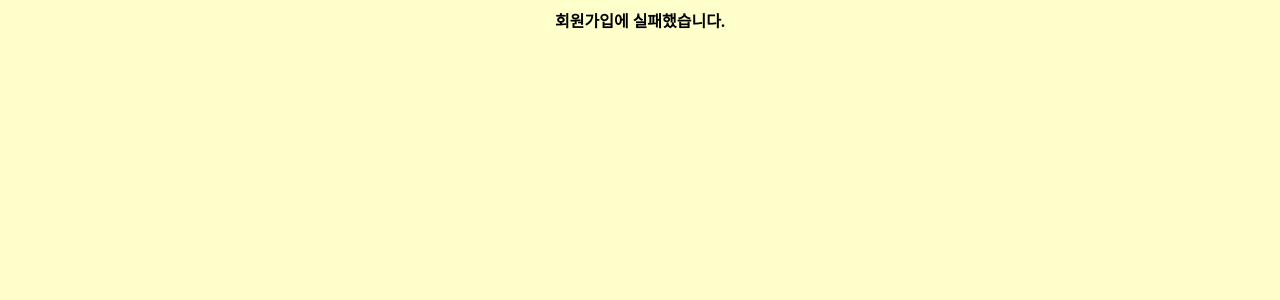
Repository: skeaze7496-max/HomePage
Page: http://localhost/ServletProject/memberone/regProc.jsp
An editor plug-in stored every save of this project. The page is shown before and after the next save, followed by the edit.
The browser window is 1280 px wide. The pictures show the whole page.
The page is served by Tomcat 9. Nobody is signed in. The application's start-up code is not run. Other server files are loaded and not shown.

Above is the page before, as saved 2026-06-04 01:42:31.

### ServletProject/src/main/webapp/memberone/regProc.jsp
<%@ page language="java" contentType="text/html; charset=UTF-8"
    pageEncoding="UTF-8"%>
<% request.setCharacterEncoding("utf-8"); %>

<jsp:useBean id="dao" class="com.memberone.StudentDAO"></jsp:useBean>
<jsp:useBean id="vo" class="com.memberone.StudentVO"></jsp:useBean>
<jsp:setProperty property="*" name="vo"/>
<%
	// memeberInsert() 메소드에서 true가 반환되어 flag에 저장된다.
	boolean flag = dao.memberInsert(vo);
%>

<!DOCTYPE html>
<html>
<head>
<meta charset="UTF-8">
<title>회원가입 확인</title>
<link href="style.css" type="text/css" rel="stylesheet">
</head>
<body bgcolor="#ffffcc">
<div align="center">
<%
	if(flag) {// flag가 true일때 회원가입성공
		out.println("<b>회원가입을 축하드립니다.");
		out.println("<a href='login.jsp'>로그인</a>");
	}else {
		out.println("<b>회원가입에 실패했습니다.");
		out.println("<a href='regForm.jsp'></a>");
	}
%>
</div>

</body>
</html>

### ServletProject/src/main/java/com/memberone/StudentDAO.java
package com.memberone;

import java.io.PrintWriter;
import java.sql.*;
import java.util.Vector;

import javax.sql.*;
import javax.naming.*;

public class StudentDAO {

	// DB 연결을 담당하는 메서드 (JNDI 방식 사용)
	private Connection getConnection() {
		Connection con = null;
		DataSource ds;
		try {
			// Context를 생성하여 서버 자원에 접근
			Context initContext = new InitialContext();
			Context envContext = (Context)initContext.lookup("java:/comp/env");
			// web.xml이나 context.xml에 설정된 데이터 소스 "jdbc/myoracle"을 찾음
			ds = (DataSource)envContext.lookup("jdbc/myoracle");
			con = ds.getConnection();//연결 획득
		} catch (Exception e) {
			System.out.println("Connection 생성 실패");
		}
		return con;
	}

	// 아이디 중복 체크 (DB에 해당 아이디가 있으면 true, 없으면 false 반환)
	public boolean idCheck(String id) {

		boolean result = true;
		Connection con = null;
		PreparedStatement pstmt = null;
		ResultSet rs = null;

		/* Connection con (전화기)
		 * 역할: 자바 프로그램과 데이터베이스 서버를 연결하는 통로입니다.
		 * 비유: 데이터베이스라는 거대한 빌딩에 전화를 거는 전화기입니다.
		 * 이 연결이 되어 있어야만 데이터를 주고받을 수 있습니다.
		 * 특징: 서버와 연결을 맺는 것이므로 가장 중요하고
		 */

		/* PreparedStatement pstmt (말할 내용 / 명령서)
		 * 역할: 우리가 데이터베이스에게 시킬 SQL 명령어를 담는 객체입니다.
		 * 비유: DB에 전달할 '주문서' 또는 '명령서'입니다. 단순히 명령만 담는 게 아니라,
		 * ?를 사용하여 사용자로부터 받은 아이디나 비밀번호 같은 데이터를 안전하게 끼워 넣는 역할도 합니다.
		 * 특징: SQL 인젝션 같은 해킹 공격을 방지해주어 보안상 매우 안전합니다.
		 */

		/* ResultSet rs (상대방의 대답)
		 * 역할: 데이터베이스에게 SELECT 명령(데이터 조회)을 보냈을 때, 돌아온 결과물(데이터 테이블)을 담는 객체입니다.
		 * 비유: 데이터베이스로부터 받은 '답장 서류'입니다.
		 * 특징: 결과가 여러 줄일 수 있기 때문에 rs.next()라는 명령어를 이용해 한 줄씩 데이터를 읽어내려가며 사용합니다.
		 */

		try {
			//데이터베이스 연결
			con = getConnection();
			String sql = "select * from student where id=?";//? 는 값을 몰라서 쓰는것.
			pstmt = con.prepareStatement(sql);
			pstmt.setString(1,id);

			rs = pstmt.executeQuery();

			if(!rs.next()) result = false;

		} catch (SQLException e) {
			e.printStackTrace();
		} finally {
			// 자원 해제는 예외 발생 여부와 관계없이 finally에서 수행
			try {
				if(rs != null) rs.close();
				if(pstmt != null) pstmt.close();
				if(con != null) con.close();
			} catch (SQLException e) {
				e.printStackTrace();
			}
		}
		return result;
	}

	/* 우편번호를 데이터베이스에서 검색해서 결과를 Vector에 저장해서 리턴해주는
	 * 기능을 구현한다.
	 */
	public Vector<ZipCodeVO> zipcodeRead(String dong) {

		Connection con = null;
		PreparedStatement pstmt = null;
		ResultSet rs = null;
		Vector<ZipCodeVO> vecList = new Vector<ZipCodeVO>();


		try {
			con =  getConnection();
			// 동이름을 조건으로 하여 데이터 베이스에서 우편번호를 검색하는 쿼리문 작성
			String sql = "select * from zipcode where dong like'"+dong+"'";
			pstmt = con.prepareStatement(sql);
			rs = pstmt.executeQuery();
			while (rs.next()) {
				ZipCodeVO tempZipcode = new ZipCodeVO();
				tempZipcode.setZipcode(rs.getString("zipcode"));
				tempZipcode.setSido(rs.getString("sido"));
				tempZipcode.setGugun(rs.getString("gugun"));
				tempZipcode.setDong(rs.getString("dong"));
				tempZipcode.setRi(rs.getString("ri"));
				tempZipcode.setBunji(rs.getString("bunji"));
				vecList.addElement(tempZipcode);
			}

		} catch (SQLException e) {
			e.printStackTrace();
		} finally {
			// 자원 해제는 예외 발생 여부와 관계없이 finally에서 수행
			try {
				if(rs != null) rs.close();
				if(pstmt != null) pstmt.close();
				if(con != null) con.close();
			} catch (SQLException e) {
				e.printStackTrace();
			}
		}
		return vecList;
	}

	/* 회원가입처리
	 * 실제로 데이터베이스에 회원데이터를 저장하기위하여 메소드 구현한다.
	 */
	public boolean memberInsert(StudentVO vo) {

		Connection con = null;
		PreparedStatement pstmt = null;


		boolean flag = false;

		try {
			con = getConnection();
			String sql = "insert into student values(?,?,?,?,?,?,?,?,?,?)";
			pstmt = con.prepareStatement(sql);
			pstmt.setString(1, vo.getId());      // 1번 물음표
			pstmt.setString(2, vo.getPass());    // 2번 물음표
			pstmt.setString(3, vo.getName());    // 3번 물음표
			pstmt.setString(4, vo.getPhone1());  // 4번 물음표
			pstmt.setString(5, vo.getPhone2());  // 5번 물음표
			pstmt.setString(6, vo.getPhone3());  // 6번 물음표
			pstmt.setString(7, vo.getEmail());   // 7번 물음표
			pstmt.setString(8, vo.getZipcode()); // 8번 물음표
			pstmt.setString(9, vo.getAddress1());// 9번 물음표
			pstmt.setString(10, vo.getAddress2());// 10번 물음표


			int count = pstmt.executeUpdate();
			if(count > 0) flag = true;

		} catch (SQLException e) {
			e.printStackTrace();
		}finally {
			try {
				if(pstmt != null) pstmt.close();
				if(con != null) con.close();
			} catch (SQLException e) {
				e.printStackTrace();
			}
		}
		return flag;
	}//end memberInsert

	/* 로그인 버튼을 클릭하면 로그인 폼에 입력한 ID, PW가 DB에 저장된
	 * 정보와 일치하는지 비교해서 같으면 로그인성공 다르면 실패를
	 * 처리하는 메소드 구현
	 *  -1 : 없는 ID
	 *  0  : 비밀번호 오류
	 *  1  : 로그인성공
	 */

	public int loginCheck(String id, String pass) {
		Connection con = null;
		PreparedStatement pstmt = null;
		ResultSet rs = null;

		int check = -1;

		try {
			con = getConnection();
			String sql = "select pass from student where id=?";
			pstmt = con.prepareStatement(sql);
			pstmt.setString(1,id);
			rs = pstmt.executeQuery();

			if(rs.next()) {//ID로 PW를 검색한 결과가 있다면
				String dbPass = rs.getString("pass");
				if(pass.equals(dbPass)) {//사용자가 입력한 비밀번호와 DB의 비밀번호가 일치하면
					check = 1;
				}else {//비밀번호와 DB에 입력된 비밀번호가 일치하지않을때
					check = 0;
				}
			}else {//ID가 없을때
				check = -1;
			}

		} catch (SQLException e) {
			e.printStackTrace();
		}finally {
			try {
				if(pstmt != null) pstmt.close();
				if(con != null) con.close();
			} catch (SQLException e) {
				e.printStackTrace();
			}
		}
		return check;
	}//end loginCheck

	/* 로그인 성공 후 회원정보 수정 버튼을 클릭하면 회원정보를 수정할 수 있도록
	 * 미리 화면에 보여줌.
	 * 세션에 설정된 아이디를 가지고 회원정보를 가져오는 메소드를 구현
	 */
	public StudentVO getMember(String id) {
		Connection con = null;
		PreparedStatement pstmt = null;
		ResultSet rs = null;
		StudentVO vo = null;

		try {
			con = getConnection();
			String sql = "select * from student where id=?";
			pstmt = con.prepareStatement(sql);
			pstmt.setString(1, id);
			rs = pstmt.executeQuery();

			if(rs.next()) {//해당 아이디에 대한 회원정보가 존재한다면
				vo = new StudentVO();
				vo.setId(rs.getString("id"));
				vo.setPass(rs.getString("pass"));
				vo.setName(rs.getNString("name"));
				vo.setPhone1(rs.getString("phone1"));
				vo.setPhone2(rs.getString("phone2"));
				vo.setPhone3(rs.getString("phone3"));
				vo.setEmail(rs.getString("email"));
				vo.setZipcode(rs.getString("zipcode"));
				vo.setAddress1(rs.getString("address1"));
				vo.setAddress2(rs.getString("address2"));
			}

		} catch (SQLException e) {
			e.printStackTrace();
		} finally {
			try {
				if(pstmt != null) pstmt.close();
				if(con != null) con.close();
			} catch (SQLException e) {
				e.printStackTrace();
			}
		}
		return vo;


	}
	/*
	 * 회원 정보를 수정하는 메소드를 구현한다.
	 * 회원정보수정 버튼을 클릭하면 데이터베이스에 저장된 정보가
	 * 수정되도록 메소드로 구현한다.
	 */
	public void updateMember(StudentVO vo) {

		Connection con = null;
		PreparedStatement pstmt = null;

		try {
			con = getConnection();
	        // 보내주신 테이블 구조에 맞춘 UPDATE 문
	        String sql = "UPDATE STUDENT SET PASS=?, NAME=?, PHONE1=?, PHONE2=?, PHONE3=?, " +
	                     "EMAIL=?, ZIPCODE=?, ADDRESS1=?, ADDRESS2=? WHERE ID=?";

	        pstmt = con.prepareStatement(sql);
	        pstmt.setString(1, vo.getPass());
	        pstmt.setString(2, vo.getName());
	        pstmt.setString(3, vo.getPhone1());
	        pstmt.setString(4, vo.getPhone2());
	        pstmt.setString(5, vo.getPhone3());
	        pstmt.setString(6, vo.getEmail());
	        pstmt.setString(7, vo.getZipcode());
	        pstmt.setString(8, vo.getAddress1());
	        pstmt.setString(9, vo.getAddress2());
	        pstmt.setString(10, vo.getId());

			pstmt.executeUpdate();//해줘야 데이터가 변경됨

		} catch (SQLException e) {
			e.printStackTrace();
		}finally {
			try {
				if(pstmt != null) pstmt.close();
				if(con != null) con.close();
			} catch (SQLException e) {
				e.printStackTrace();
			}
		}

	}//end updateMember

	/* 회원탈퇴
	 */
	public void deleteMember(String id) {
	    Connection con = null;
	    PreparedStatement pstmt = null;

	    try {
	        con = getConnection();
	        // ID가 일치하는 학생 정보를 삭제
	        String sql = "DELETE FROM STUDENT WHERE ID = ?";

	        pstmt = con.prepareStatement(sql);
	        pstmt.setString(1, id);

	        pstmt.executeUpdate();

	    } catch (SQLException e) {
	        e.printStackTrace();
	    } finally {
	        try {
	            if(pstmt != null) pstmt.close();
	            if(con != null) con.close();
	        } catch (SQLException e) {
	            e.printStackTrace();
	        }
	    }
	}


}

### ServletProject/src/main/java/com/memberone/StudentVO.java
package com.memberone;

public class StudentVO {

	private String id;
	private String pass;
	private String name;
	private String phone1;
	private String phone2;
	private String phone3;
	private String email;
	private String zipcode;
	private String address1;
	private String address2;
	public String getId() {
		return id;
	}
	public void setId(String id) {
		this.id = id;
	}
	public String getPass() {
		return pass;
	}
	public void setPass(String pass) {
		this.pass = pass;
	}
	public String getName() {
		return name;
	}
	public void setName(String name) {
		this.name = name;
	}
	public String getPhone1() {
		return phone1;
	}
	public void setPhone1(String phone1) {
		this.phone1 = phone1;
	}
	public String getPhone2() {
		return phone2;
	}
	public void setPhone2(String phone2) {
		this.phone2 = phone2;
	}
	public String getPhone3() {
		return phone3;
	}
	public void setPhone3(String phone3) {
		this.phone3 = phone3;
	}
	public String getEmail() {
		return email;
	}
	public void setEmail(String email) {
		this.email = email;
	}
	public String getZipcode() {
		return zipcode;
	}
	public void setZipcode(String zipcode) {
		this.zipcode = zipcode;
	}
	public String getAddress1() {
		return address1;
	}
	public void setAddress1(String address1) {
		this.address1 = address1;
	}
	public String getAddress2() {
		return address2;
	}
	public void setAddress2(String address2) {
		this.address2 = address2;
	}



}

Loaded but not shown: ServletProject/src/main/webapp/memberone/style.css (no copy from this time; the picture is the same without it)

After the next save:
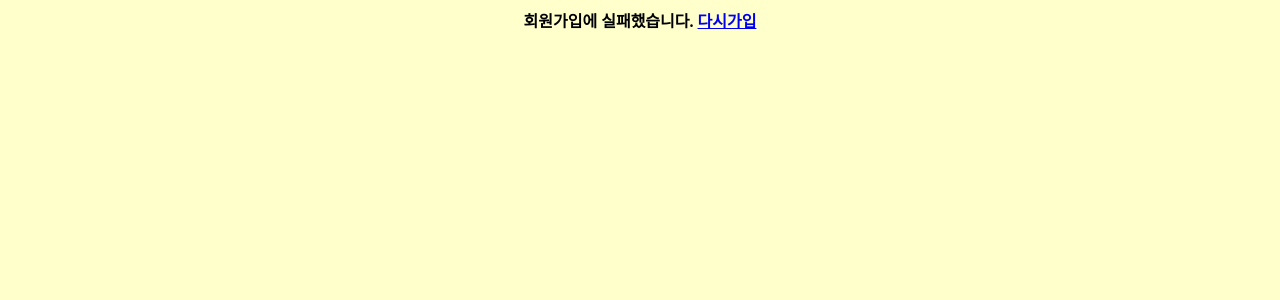
Saved 8 s later.
--- a/ServletProject/src/main/webapp/memberone/regProc.jsp
+++ b/ServletProject/src/main/webapp/memberone/regProc.jsp
@@ -25,7 +25,7 @@
 		out.println("<a href='login.jsp'>로그인</a>");
 	}else {
 		out.println("<b>회원가입에 실패했습니다.");
-		out.println("<a href='regForm.jsp'></a>");
+		out.println("<a href='regForm.jsp'>다시가입</a>");
 	}
 %>
 </div>
